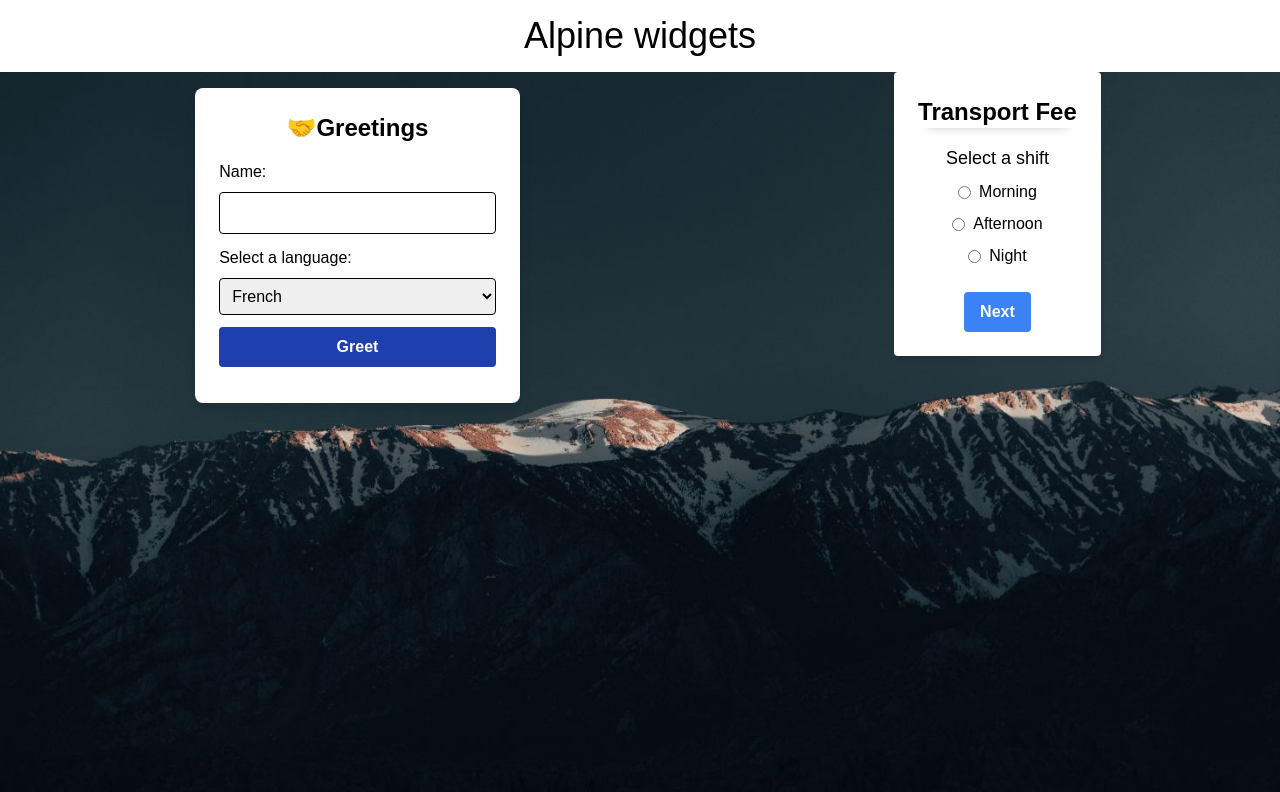
Repository: lasity34/alpine-bootcamp-widgets
Page: index.html
These files come from the project's save history. The page is drawn as it stood at one moment and after the next save; the edit follows.
The browser window is 1280 px wide. The pictures show the whole page.
Some web fonts or font styles are not loaded; a fallback is used. Some web libraries are served in a nearby version.

Above is the page before, as saved 2023-07-12 15:32:25.
Console error: ReferenceError: shift is not defined

### index.html
<!DOCTYPE html>
<html lang="en">
  <head>
    <meta charset="UTF-8" />
    <meta name="viewport" content="width=device-width, initial-scale=1.0" />
    <title>Alpine bootcamp widgets</title>
    <script src="https://unpkg.com/alpinejs@3.2.2" defer></script>

    <link
      href="https://cdn.jsdelivr.net/npm/tailwindcss@2.1.2/dist/tailwind.min.css"
      rel="stylesheet"
    />
    <link rel="preconnect" href="https://fonts.googleapis.com" />
    <link rel="preconnect" href="https://fonts.gstatic.com" crossorigin />
    <link
      href="https://fonts.googleapis.com/css2?family=Titillium+Web:ital@0;1&family=Tsukimi+Rounded:wght@300;400;500&display=swap"
      rel="stylesheet"
    />
    <link rel="stylesheet" href="./style.css" />
  </head>
  <body>
    <h1 class="text-4xl text-center mt-4 pb-4">Alpine widgets</h1>
    <div class="widget_container flex justify-around items-start h-screen">
      <section
        class=" bg-white rounded-lg shadow-lg p-6 m-4"
        x-data="greet"
      >
        <h2 class="text-2xl text-center font-bold mb-4">🤝Greetings</h2>
        <p
          class="mt-3 text-red-600 text-xl text-center"
          x-text="notification"
          x-show.transition="showNotification"
          x-transition:leave="transition ease-in duration-1000"
          x-transition:leave-start="opacity-100"
          x-transition:leave-end="opacity-0"
        ></p>
        <div>
          <label>Name:</label>
          <input
            type="text"
            x-model="name"
            class="border border-black p-2 mt-2 rounded w-full"
          />

          <label class="mt-3 block">Select a language:</label>
          <select
            x-model="language"
            class="border border-black mt-2 p-2 rounded w-full"
          >
            <option value="French">French</option>
            <option value="English">English</option>
            <option value="Spanish">Spanish</option>
          </select>
          <div class="flex justify-center flex-col">
            <button
              @click="validateInput() & greeting()"
              class="text-center mt-3 bg-blue-800 hover:bg-blue-900 text-white font-bold py-2 px-4 rounded"
            >
              Greet
            </button>

            <p
              class="mt-3 text-purple-700 text-2xl text-center"
              x-text="message"
            ></p>
          </div>
        </div>
      </section>
      <section
        class=" flex flex-col items-center bg-white p-6 rounded shadow-md"
        x-data="transportFee"
      >
        <h1 class="text-2xl font-bold mb-4">Transport Fee</h1>

        <label class="text-lg mb-2">Select a shift</label>

        <div class="flex items-center mb-2">
          <input
            type="radio"
            id="morning"
            name="shift"
            x-model="shift"
            value="morning"
            class="mr-2"
          />
          <label for="morning">Morning</label>
        </div>

        <div class="flex items-center mb-2">
          <input
            type="radio"
            id="afternoon"
            name="shift"
            x-model="shift"
            value="afternoon"
            class="mr-2"
          />
          <label for="afternoon">Afternoon</label>
        </div>

        <div class="flex items-center mb-2">
          <input
            type="radio"
            id="night"
            name="shift"
            x-model="shift"
            value="night"
            class="mr-2"
          />
          <label for="night">Night</label>
        </div>

        <button
          @click="validate()"
          class="mt-4 bg-blue-500 hover:bg-blue-700 text-white font-bold py-2 px-4 rounded"
        >
          Next
        </button>
      </section>
    </div>

    <script src="./greet.js"></script>
    <script src="./transportFee.js"></script>
  </body>
</html>

### style.css
body {


    font-family: 'Tsukimi Rounded', sans-serif;
}

h1 {
    box-shadow: 0 10px 10px -10px rgba(0,0,0,0.2);
    font-family: 'Tsukimi Rounded', sans-serif;
    color: #020101;
}

.widget_container {
    background-image: url(./background.jpg);
    background-repeat: no-repeat;
    background-size: cover;
    background-position: center;
}

### greet.js


function greet() {
  return {
    name: '',
    language: 'French',
    message: '',
    notification: '',
    showNotification: false,
    greeting() {
      if (!this.validateInput()) {
        return;
      }
      if (this.language === 'English') {
        this.message = `🇬🇧 Hello ${this.name} 🇬🇧`
      } else if (this.language === 'French') {
        this.message = `🇫🇷 Bonjour ${this.name} 🇫🇷`
      } else if (this.language === 'Spanish') {
        this.message = `🇪🇸 Hola ${this.name} 🇪🇸`
      }
      this.name = ''
    },
    validateInput() {
      let regex = /^[a-zA-Z]+$/;  // Regex for letters and spaces only
      if (!this.name) {
        this.notify('Please type in a name');
        return false;
      }
      if (!regex.test(this.name)) {
        this.notify('Please don\'t use special characters');
        this.name = ''
        return false;
      }

      return true;
    },
    notify(msg) {
      this.notification = msg;
      this.showNotification = true;
      setTimeout(() => this.showNotification = false, 3000);
    }
  }
}



document.addEventListener("alpine:init", () => {
    Alpine.data("greet", greet);
  });

### transportFee.js
function transportFee() {
    return {

    }
}




document.addEventListener("alpine:init", () => {
    Alpine.data("transportFee", transportFee);
  });

After the next save:
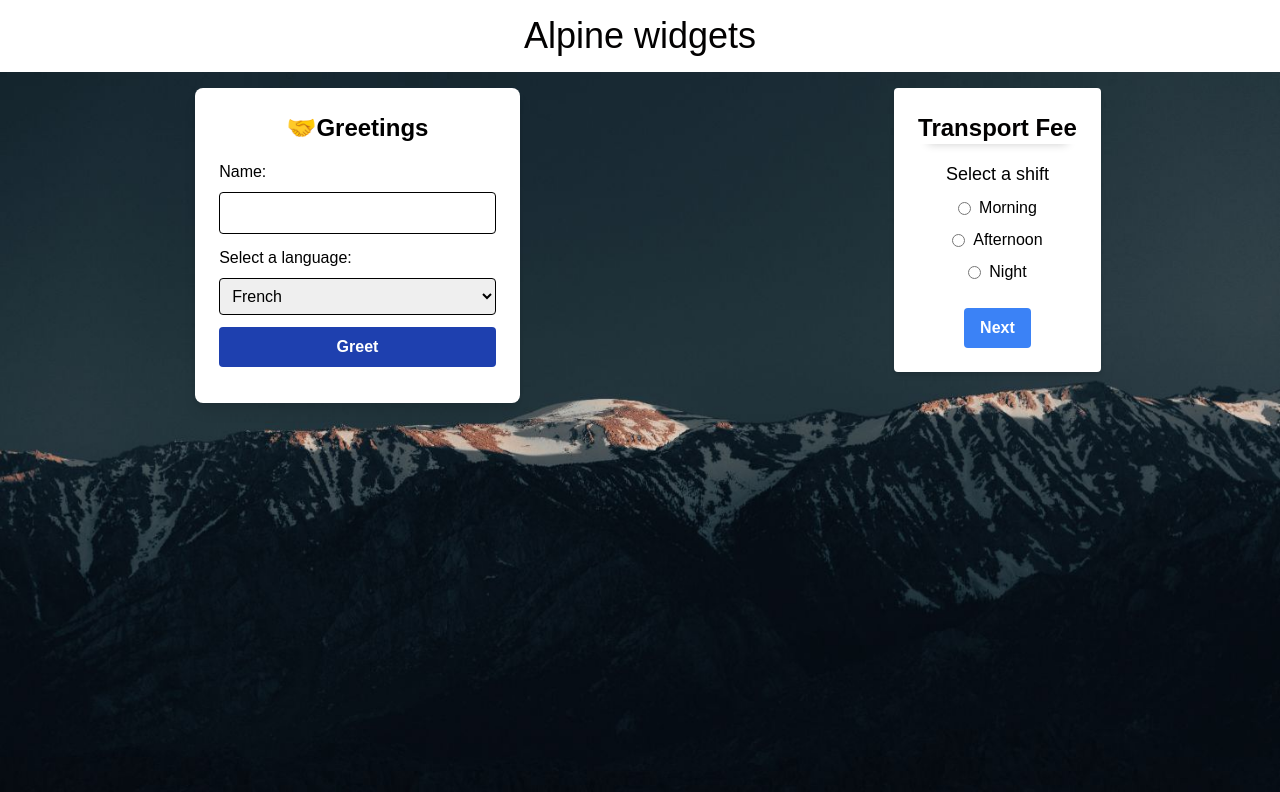
Saved 5 min 19 s later.
--- a/index.html
+++ b/index.html
@@ -22,9 +22,12 @@
     <h1 class="text-4xl text-center mt-4 pb-4">Alpine widgets</h1>
     <div class="widget_container flex justify-around items-start h-screen">
       <section
-        class=" bg-white rounded-lg shadow-lg p-6 m-4"
+
         x-data="greet"
       >
+      <div class=" bg-white rounded-lg shadow-lg p-6 m-4">
+
+
         <h2 class="text-2xl text-center font-bold mb-4">🤝Greetings</h2>
         <p
           class="mt-3 text-red-600 text-xl text-center"
@@ -65,9 +68,10 @@
             ></p>
           </div>
         </div>
+      </div>
       </section>
       <section
-        class=" flex flex-col items-center bg-white p-6 rounded shadow-md"
+        class=" flex flex-col items-center bg-white mt-4 p-6  rounded shadow-md"
         x-data="transportFee"
       >
         <h1 class="text-2xl font-bold mb-4">Transport Fee</h1>
